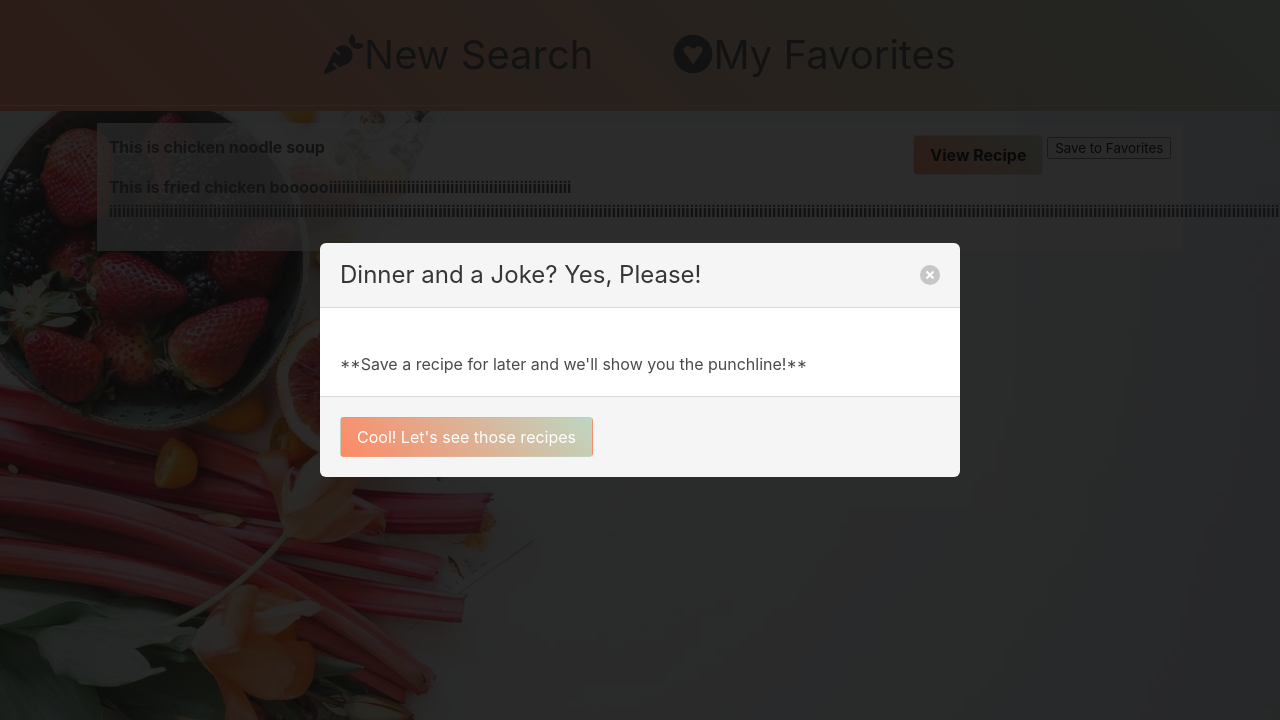
Repository: puakehaulani/the-hungry-app-proj1
Page: results.html
The author's editor kept a copy of each file at every save. The page is drawn from the files as they stood at one save, then again after the next save.
The browser window is 1280 px wide. The pictures show the window.
The page's requests for data from a server got no answer. A layer covers the whole window, so only the first screen is drawn. Some web libraries are served in a nearby version.

Above is the page before, as saved 2020-10-17 12:54:30.

After the next save:
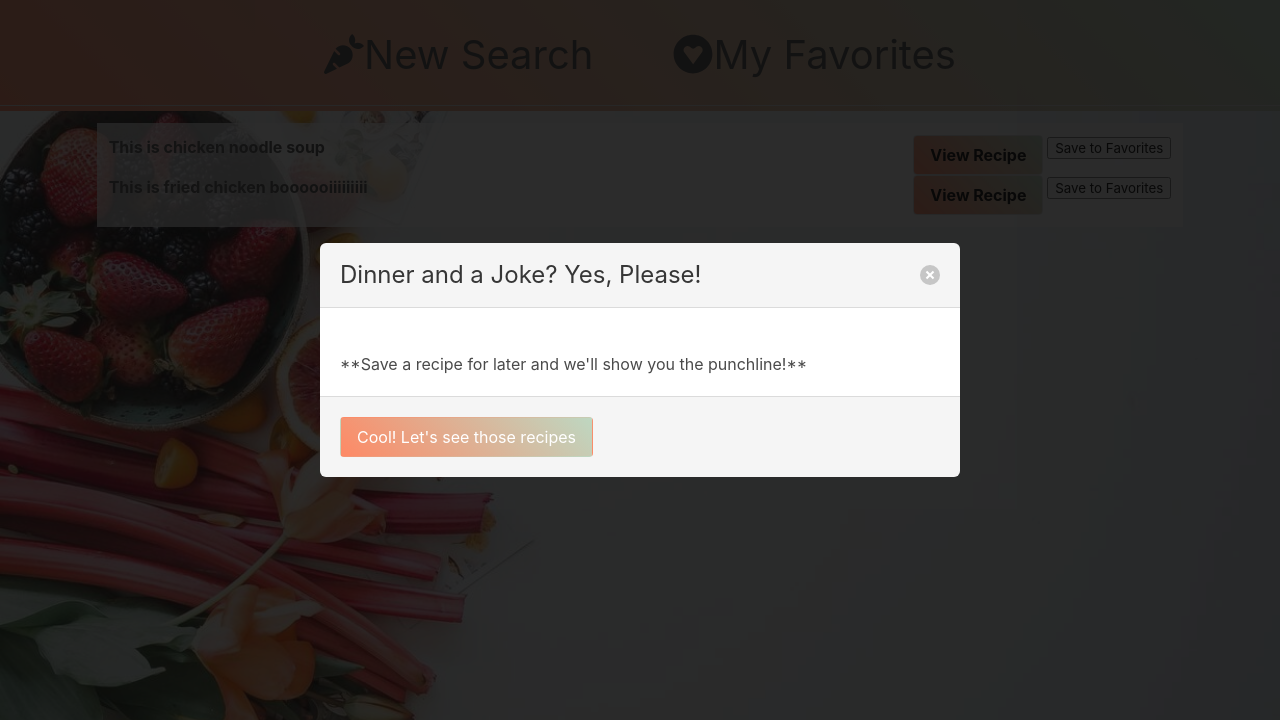
Saved 30 s later.
--- a/results.html
+++ b/results.html
@@ -43,8 +43,8 @@
                     </div>
                 </li>
                 <li>
-                    This is fried chicken boooooiiiiiiiiiiiiiiiiiiiiiiiiiiiiiiiiiiiiiiiiiiiiiiiiiiiiiiii
-                    iiiiiiiiiiiiiiiiiiiiiiiiiiiiiiiiiiiiiiiiiiiiiiiiiiiiiiiiiiiiiiiiiiiiiiiiiiiiiiiiiiiiiiiiiiiiiiiiiiiiiiiiiiiiiiiiiiiiiiiiiiiiiiiiiiiiiiiiiiiiiiiiiiiiiiiiiiiiiiiiiiiiiiiiiiiiiiiiiiiiiiiiiiiiiiiiiiiiiiiiiiiiiiiiiiiiiiiiiiiiiiiiiiiiiiiiiiiiiiiiiiiiiiiiiiiiiiiiiiiiiiiiiiiiiiiiiiiiiiiiiiii
+                    This is fried chicken boooooiiiiiiiii
+
                     <div>
                         <a href="" class="button is-inverted is-outlined">View Recipe</a>
                         <button class="saveBtn is-inverted is-outlined">Save to Favorites</button>
